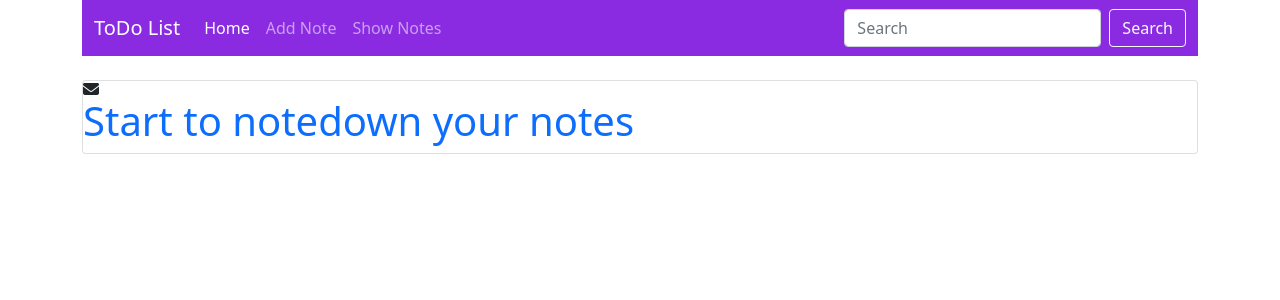
Repository: VishalSalvi17/Hibernate
Page: http://localhost/ToDoList/
The author's editor kept a copy of each file at every save. The page is drawn from the files as they stood at one save, then again after the next save.
The browser window is 1280 px wide. The pictures show the whole page.
Some web libraries are served in a nearby version. The page is served by Tomcat 9. Other server files are loaded and not shown.

Above is the page before, as saved 2023-03-17 06:48:49.

### ToDoList/src/main/webapp/index.jsp
<!doctype html>
<html lang="en">
<head>
<!-- Required meta tags -->
<meta charset="utf-8">
<meta name="viewport" content="width=device-width, initial-scale=1">

<title>TODO List : Home Page</title>
<%@include file="all_js_css.jsp"%>
<link rel="stylesheet"
	href="https://cdnjs.cloudflare.com/ajax/libs/font-awesome/6.3.0/css/all.min.css"
	integrity="sha512-SzlrxWUlpfuzQ+pcUCosxcglQRNAq/DZjVsC0lE40xsADsfeQoEypE+enwcOiGjk/bSuGGKHEyjSoQ1zVisanQ=="
	crossorigin="anonymous" referrerpolicy="no-referrer" />
</head>
<body>
	<div class="container">
		<%@include file="navbar.jsp"%>
		<br>
		<div class="card">
		<!-- <img alt="" src="">-->
		<i class="fa-solid fa-envelope"></i>
		<h1 class = "text-primary">Start to notedown your notes</h1>
		</div>
	</div>
</body>
</html>

### ToDoList/src/main/webapp/all_js_css.jsp
<!-- Bootstrap CSS -->
<link
	href="https://cdn.jsdelivr.net/npm/bootstrap@5.0.2/dist/css/bootstrap.min.css"
	rel="stylesheet"
	integrity="sha384-EVSTQN3/azprG1Anm3QDgpJLIm9Nao0Yz1ztcQTwFspd3yD65VohhpuuCOmLASjC"
	crossorigin="anonymous">

<!-- style path-->
<link href="css/style.css" rel="stylesheet">

<!-- Option 1: Bootstrap Bundle with Popper -->
<script
	src="https://cdn.jsdelivr.net/npm/bootstrap@5.0.2/dist/js/bootstrap.bundle.min.js"
	integrity="sha384-MrcW6ZMFYlzcLA8Nl+NtUVF0sA7MsXsP1UyJoMp4YLEuNSfAP+JcXn/tWtIaxVXM"
	crossorigin="anonymous"></script>

<!-- Option 2: Separate Popper and Bootstrap JS -->
<script
	src="https://cdn.jsdelivr.net/npm/@popperjs/core@2.9.2/dist/umd/popper.min.js"
	integrity="sha384-IQsoLXl5PILFhosVNubq5LC7Qb9DXgDA9i+tQ8Zj3iwWAwPtgFTxbJ8NT4GN1R8p"
	crossorigin="anonymous"></script>
<script
	src="https://cdn.jsdelivr.net/npm/bootstrap@5.0.2/dist/js/bootstrap.min.js"
	integrity="sha384-cVKIPhGWiC2Al4u+LWgxfKTRIcfu0JTxR+EQDz/bgldoEyl4H0zUF0QKbrJ0EcQF"
	crossorigin="anonymous"></script>

### ToDoList/src/main/webapp/navbar.jsp
<nav class="navbar navbar-expand-lg navbar-dark blue">
  <div class="container-fluid">
    <a class="navbar-brand" href="index.jsp">ToDo List</a>
    <button class="navbar-toggler" type="button" data-bs-toggle="collapse" data-bs-target="#navbarSupportedContent" aria-controls="navbarSupportedContent" aria-expanded="false" aria-label="Toggle navigation">
      <span class="navbar-toggler-icon"></span>
    </button>
    <div class="collapse navbar-collapse" id="navbarSupportedContent">
      <ul class="navbar-nav me-auto mb-2 mb-lg-0">
        <li class="nav-item">
          <a class="nav-link active" aria-current="page" href="index.jsp">Home</a>
        </li>
        <li class="nav-item">
          <a class="nav-link" href="addnote.jsp">Add Note</a>
        </li>
        <li class="nav-item">
          <a class="nav-link" href="all_notes.jsp" tabindex="-1">Show Notes</a>
        </li>
      </ul>
      <form class="d-flex">
        <input class="form-control me-2" type="search" placeholder="Search" aria-label="Search">
        <button class="btn btn-outline-light" type="submit">Search</button>
      </form>
    </div>
  </div>
</nav>

### ToDoList/src/main/webapp/css/style.css
.blue{
	background:#8A2BE2;
}

After the next save:
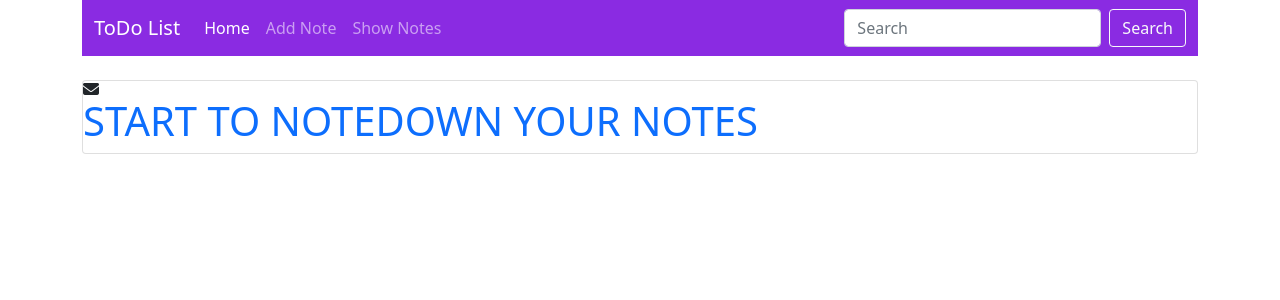
Saved 8 s later.
--- a/ToDoList/src/main/webapp/index.jsp
+++ b/ToDoList/src/main/webapp/index.jsp
@@ -19,7 +19,7 @@
 		<div class="card">
 		<!-- <img alt="" src="">-->
 		<i class="fa-solid fa-envelope"></i>
-		<h1 class = "text-primary">Start to notedown your notes</h1>
+		<h1 class = "text-primary text-uppercase">Start to notedown your notes</h1>
 		</div>
 	</div>
 </body>
